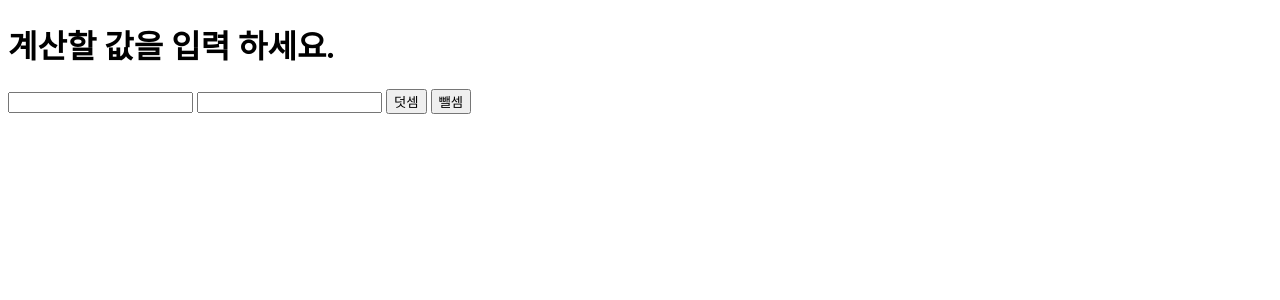
Repository: soyamilk0705/spring-newlecture
Page: ServeltAndJsp/JSPPrj/WebContent/calc.html
These files come from the project's save history. The page is drawn as it stood at one moment and after the next save; the edit follows.
The browser window is 1280 px wide. The pictures show the whole page.

Above is the page before, as saved 2024-01-06 06:01:56.

After the next save:
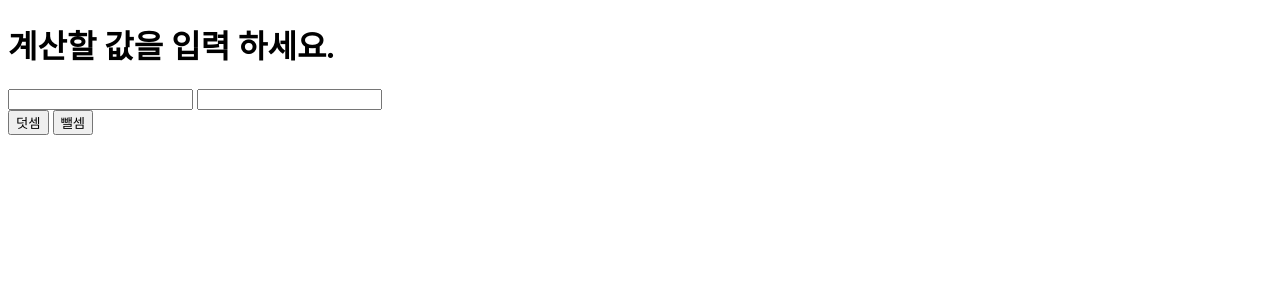
Saved 17 s later.
--- a/ServeltAndJsp/JSPPrj/WebContent/calc.html
+++ b/ServeltAndJsp/JSPPrj/WebContent/calc.html
@@ -10,8 +10,10 @@
 		<form action="/calc" method="post">
 			<input type="text" name="x">
 			<input type="text" name="y">
-			<input type="submit" value="덧셈"></input>
-			<input type="submit" value="뺄셈"></input>
+			<div>
+				<input type="submit" value="덧셈"></input>
+				<input type="submit" value="뺄셈"></input>
+			</div>
 		</form>
 	</div>
 </body>
